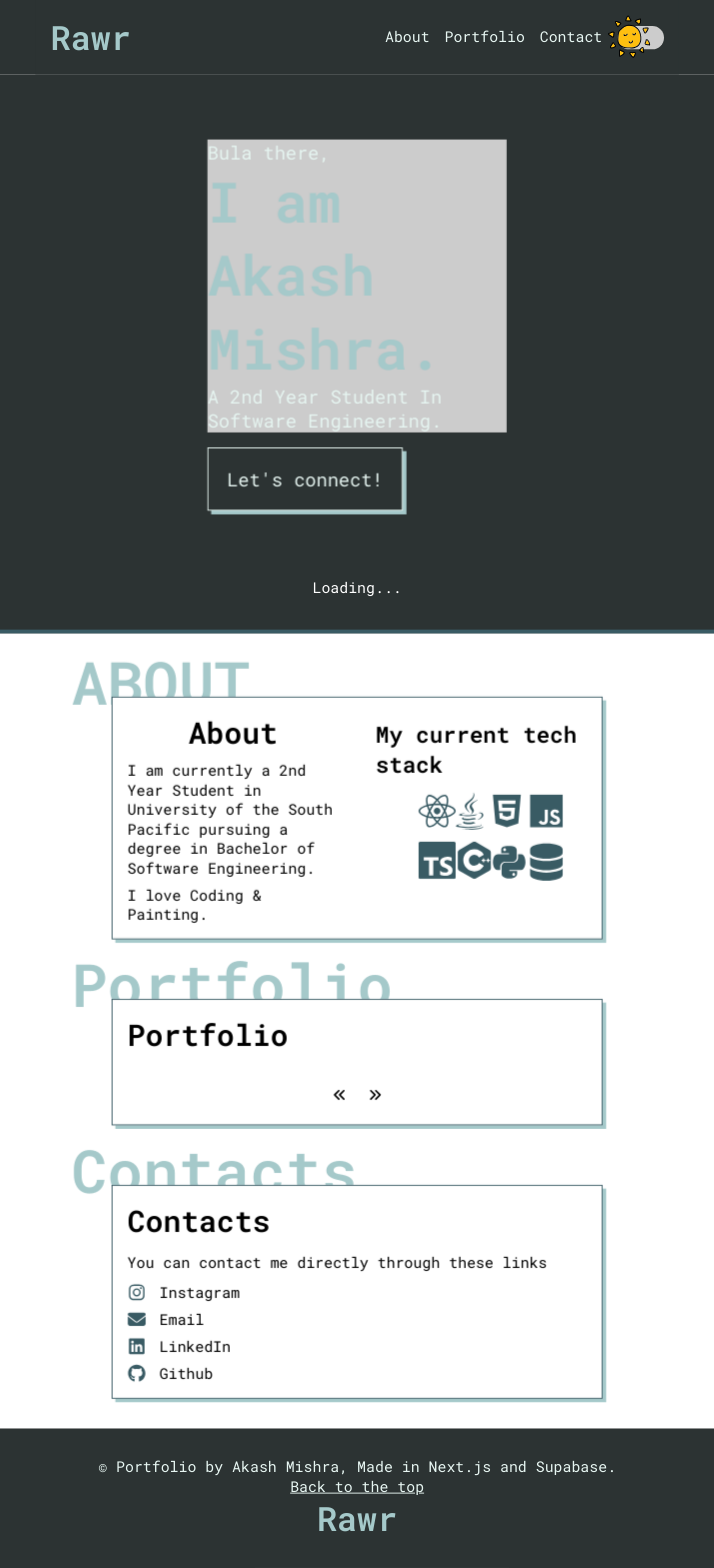
Repository: akashrawr/personal-portfolio
Page: /
An editor plug-in stored every save of this project. The page is shown before and after the next save, followed by the edit.
The browser window is 768 px wide. The pictures show the whole page, at 93% of full size.
The page's requests for data from a server got no answer. The project was rebuilt for these pictures with package versions that can differ from the ones it lists, and the page was loaded fresh each time. The framework's server and built-in components were replaced by stand-ins that run in the browser. No one was signed in, and anything a server would have sent is missing. Also part of the build but not shown: next.config.ts.

Above is the page before, as saved 2025-01-03 20:41:05.

After the next save:
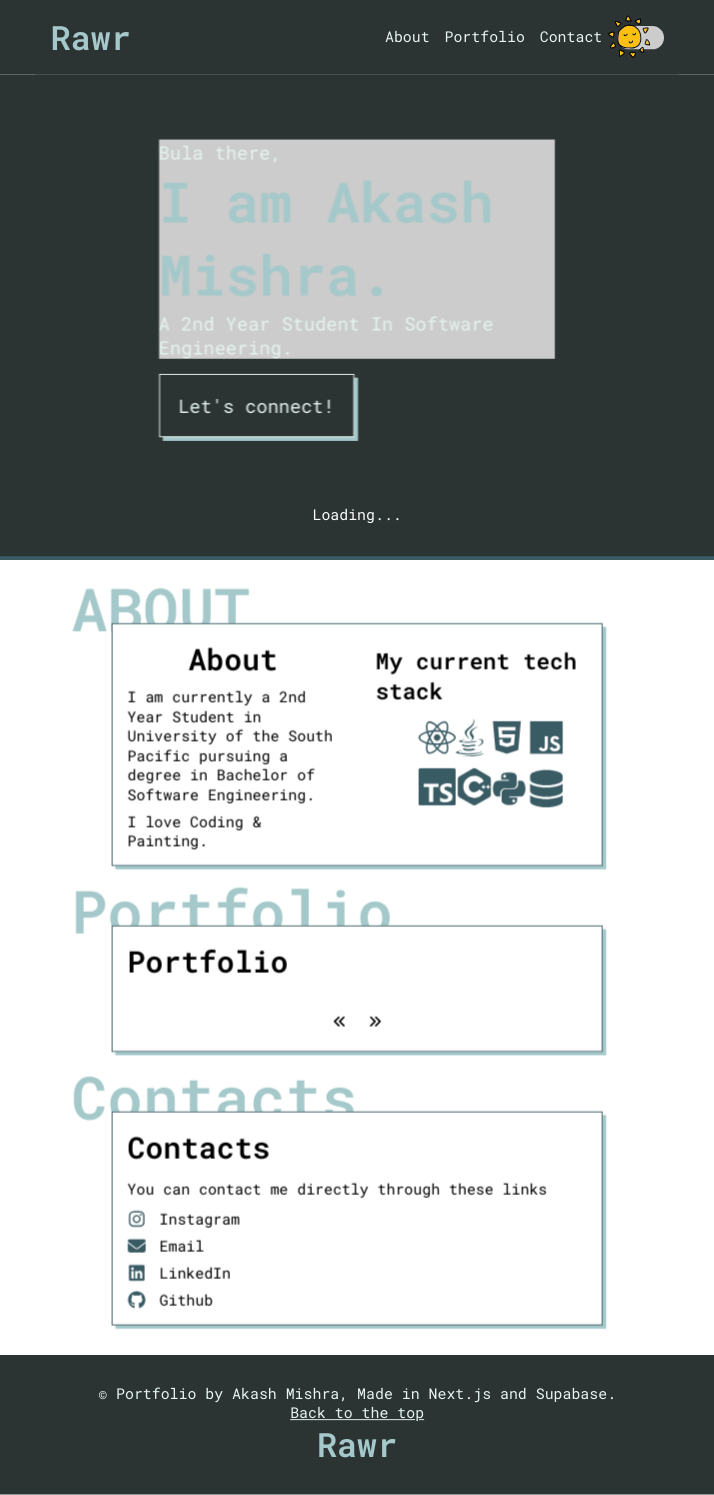
Saved 8 s later.
--- a/app/globals.css
+++ b/app/globals.css
@@ -302,7 +302,7 @@ color:white;
 @media screen and (max-width: 768px) {
   .hero-main-container {
     flex-direction: column;
-    max-width: 75%;
+    max-width: 95%;
   }
   .hero-img {
     margin-top: 20px;
